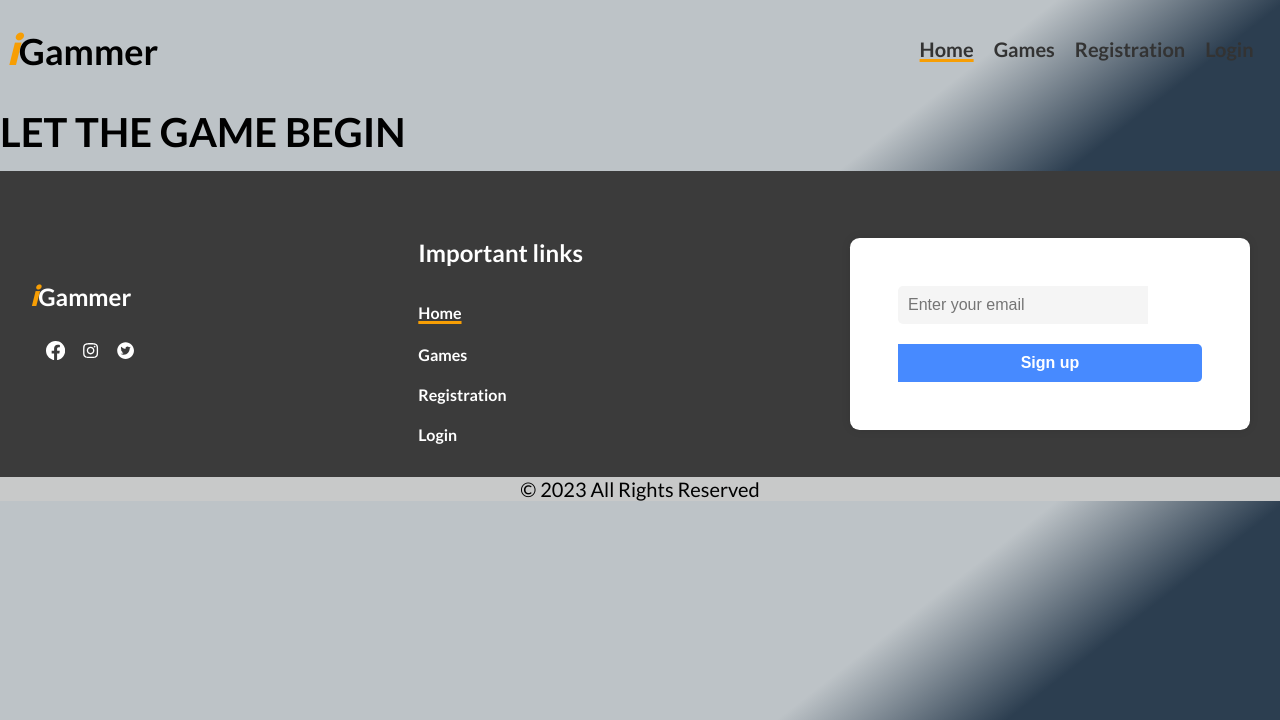
Repository: DannyMyles/iGammer
Page: /
An editor plug-in stored every save of this project. The page is shown before and after a run of saves, followed by the edit.
The browser window is 1280 px wide. The pictures show the whole page.
The project was rebuilt for these pictures with package versions that can differ from the ones it lists, and the page was loaded fresh each time. Also part of the build but not shown: src/pages/games/games.css, src/pages/games/Games.tsx, src/pages/home/home.css, src/pages/login/Login.tsx, src/pages/playgame/playgame.css, src/pages/playgame/PlayGame.tsx, src/pages/register/register.css, src/pages/register/Register.tsx.

Above is the page before, as saved 2023-03-16 13:22:40.

After the next 4 saves:
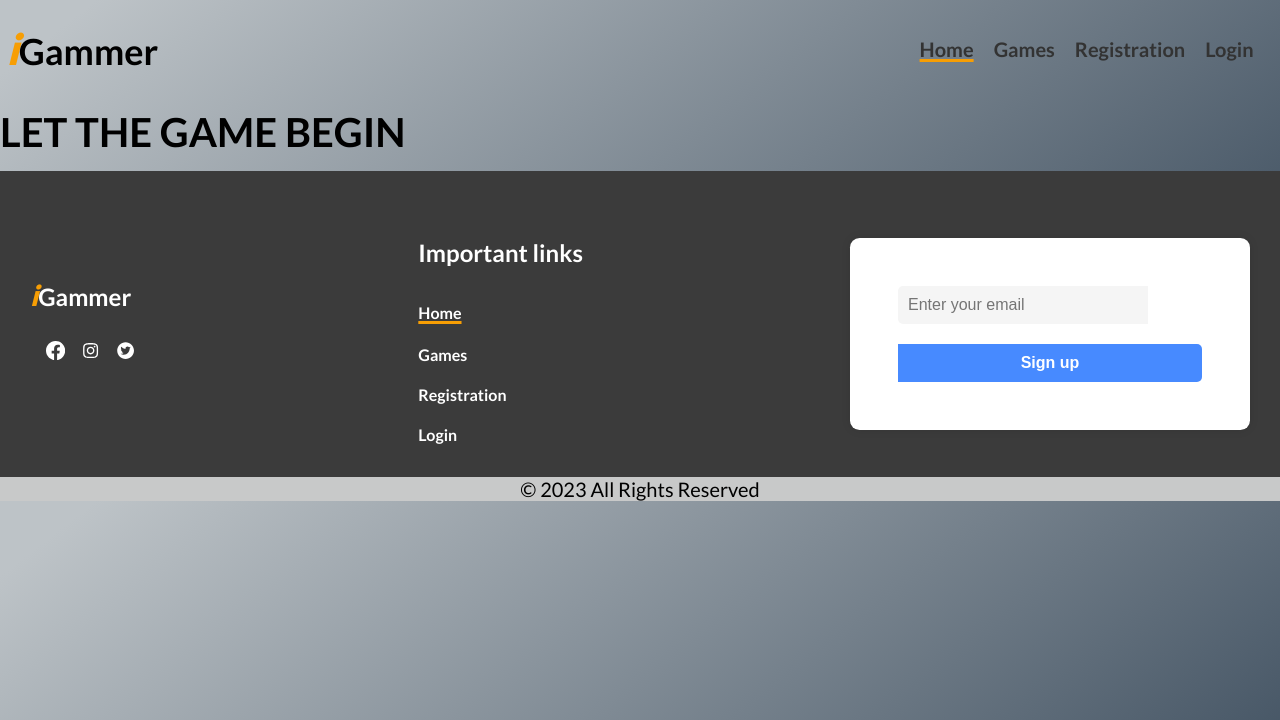
The 4 saves are shown as one change because they came seconds apart.
The last was saved 12 s later.
--- a/src/index.css
+++ b/src/index.css
@@ -7,7 +7,7 @@ body {
 	margin: 0;
 	padding: 0;
 	background: linear-gradient(#bdc3c7 → #2c3e50);
-	background: linear-gradient(142deg, #bdc3c7 55%, #2c3e50 67%);
+	background: linear-gradient(142deg, #bdc3c7 5%, #2c3e50 100%);
 	align-items: center;
 	flex-direction: column;
 	font-family: 'Lato', sans-serif;
